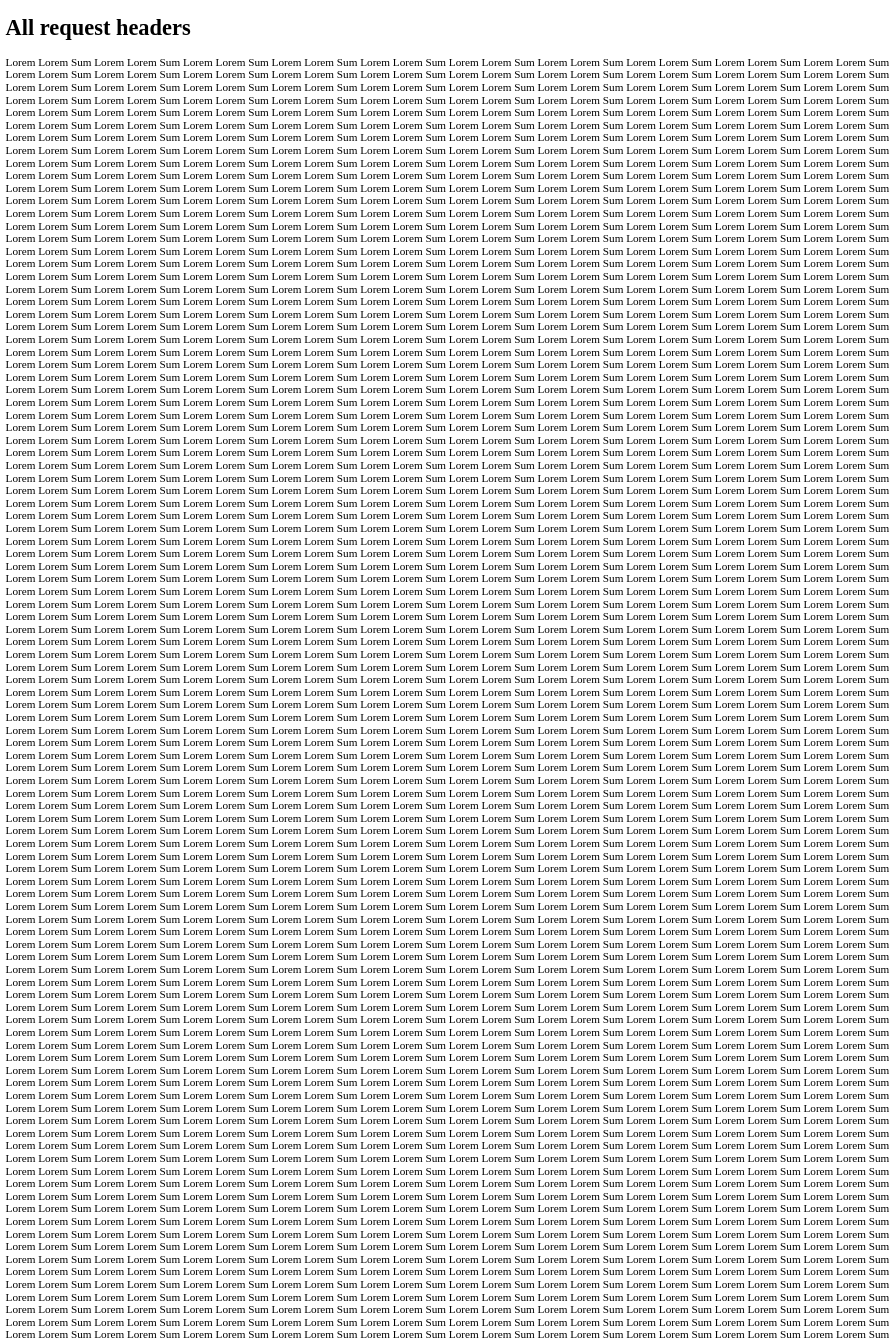
Repository: devjackluo/Java-Servlet-Demo
Page: http://localhost/ServletAppDemo/LargeServletPage
These files come from the project's save history. The page is drawn as it stood at one moment and after the next save; the edit follows.
The browser window is 1280 px wide. The pictures show the part of the page from y = 0 to 1920 px (the page is 18088 px tall before and 697588 px after), at 70% of full size.
The page is served by Tomcat 9. Other server files are loaded and not shown.

Above is the page before, as saved 2019-02-01 19:44:30.

### ServletAppDemo/src/com/jack/demos/LargeServletPage.java
package com.jack.demos;

import java.io.IOException;
import java.io.PrintWriter;
import java.util.Enumeration;

import javax.servlet.ServletException;
import javax.servlet.annotation.WebServlet;
import javax.servlet.http.HttpServlet;
import javax.servlet.http.HttpServletRequest;
import javax.servlet.http.HttpServletResponse;

/**
 * Servlet implementation class LargeServletPage
 */
@WebServlet("/LargeServletPage")
public class LargeServletPage extends HttpServlet {
	private static final long serialVersionUID = 1L;

    /**
     * @see HttpServlet#HttpServlet()
     */
    public LargeServletPage() {
        super();
        // TODO Auto-generated constructor stub
    }

	/**
	 * @see HttpServlet#doGet(HttpServletRequest request, HttpServletResponse response)
	 */
	protected void doGet(HttpServletRequest request, HttpServletResponse response) throws ServletException, IOException {
		// TODO Auto-generated method stub
		//response.getWriter().append("Served at: ").append(request.getContextPath());
		response.setContentType("text/html");
		PrintWriter out = response.getWriter();

		String dummyLine = "Lorem Lorem Sum";

		out.println("<!Doctype HTML>");
		out.println("<html>");
		out.println("<head>");
		out.println("<title>Demo</title>");
		out.println("</head>");
		out.println("<body>");
		out.println("<h1>All request headers</h1>");

		for(int i = 0; i < 10000; i++) {
			out.println(dummyLine);
		}

		out.println("</body>");
		out.println("</html>");
		out.close();

	}

	/**
	 * @see HttpServlet#doPost(HttpServletRequest request, HttpServletResponse response)
	 */
	protected void doPost(HttpServletRequest request, HttpServletResponse response) throws ServletException, IOException {
		// TODO Auto-generated method stub
		doGet(request, response);
	}

}

After the next save:
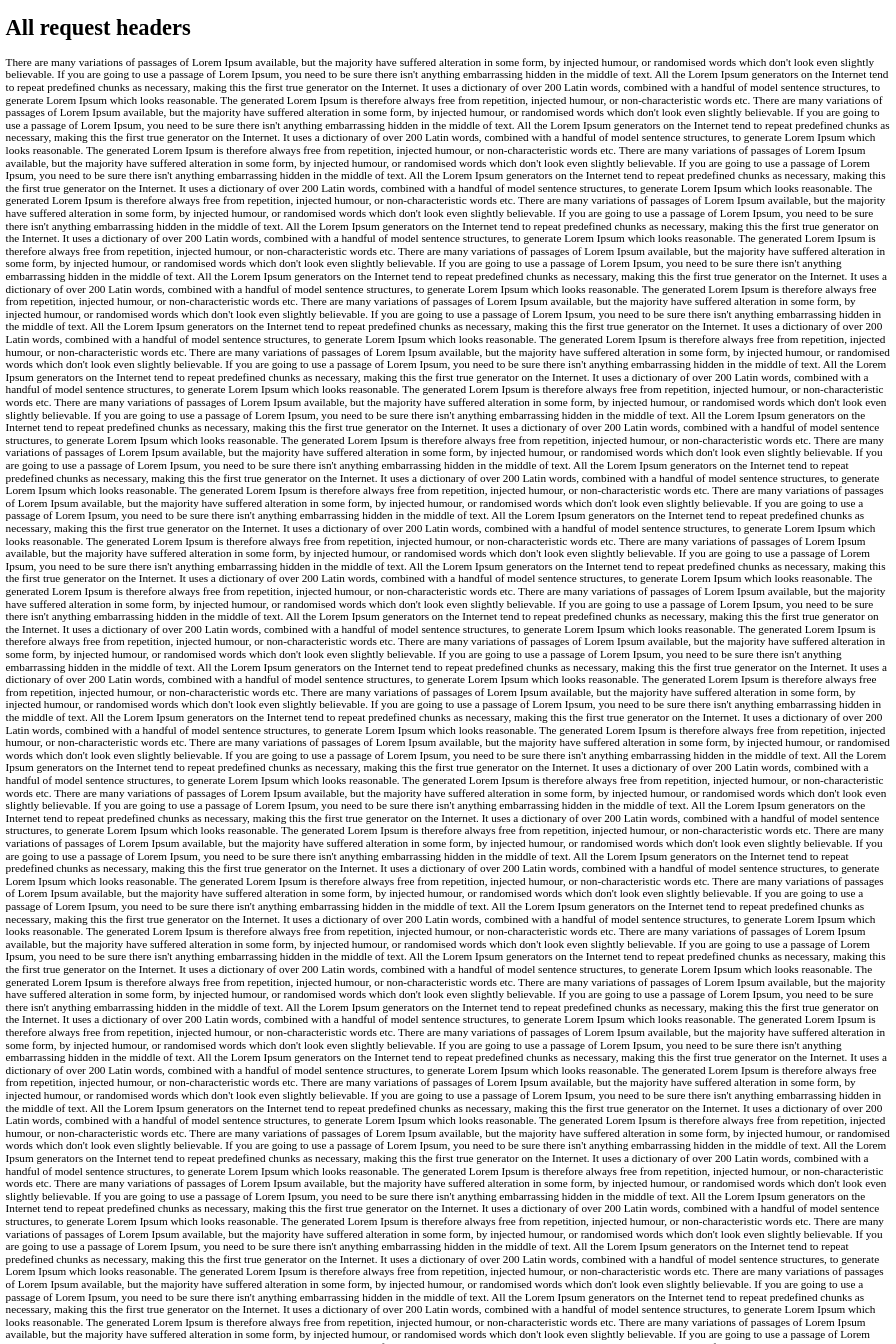
Saved 29 s later.
--- a/ServletAppDemo/src/com/jack/demos/LargeServletPage.java
+++ b/ServletAppDemo/src/com/jack/demos/LargeServletPage.java
@@ -34,7 +34,7 @@ public class LargeServletPage extends HttpServlet {
 		response.setContentType("text/html");
 		PrintWriter out = response.getWriter();
 
-		String dummyLine = "Lorem Lorem Sum";
+		String dummyLine = "There are many variations of passages of Lorem Ipsum available, but the majority have suffered alteration in some form, by injected humour, or randomised words which don't look even slightly believable. If you are going to use a passage of Lorem Ipsum, you need to be sure there isn't anything embarrassing hidden in the middle of text. All the Lorem Ipsum generators on the Internet tend to repeat predefined chunks as necessary, making this the first true generator on the Internet. It uses a dictionary of over 200 Latin words, combined with a handful of model sentence structures, to generate Lorem Ipsum which looks reasonable. The generated Lorem Ipsum is therefore always free from repetition, injected humour, or non-characteristic words etc.";
 
 		out.println("<!Doctype HTML>");
 		out.println("<html>");
